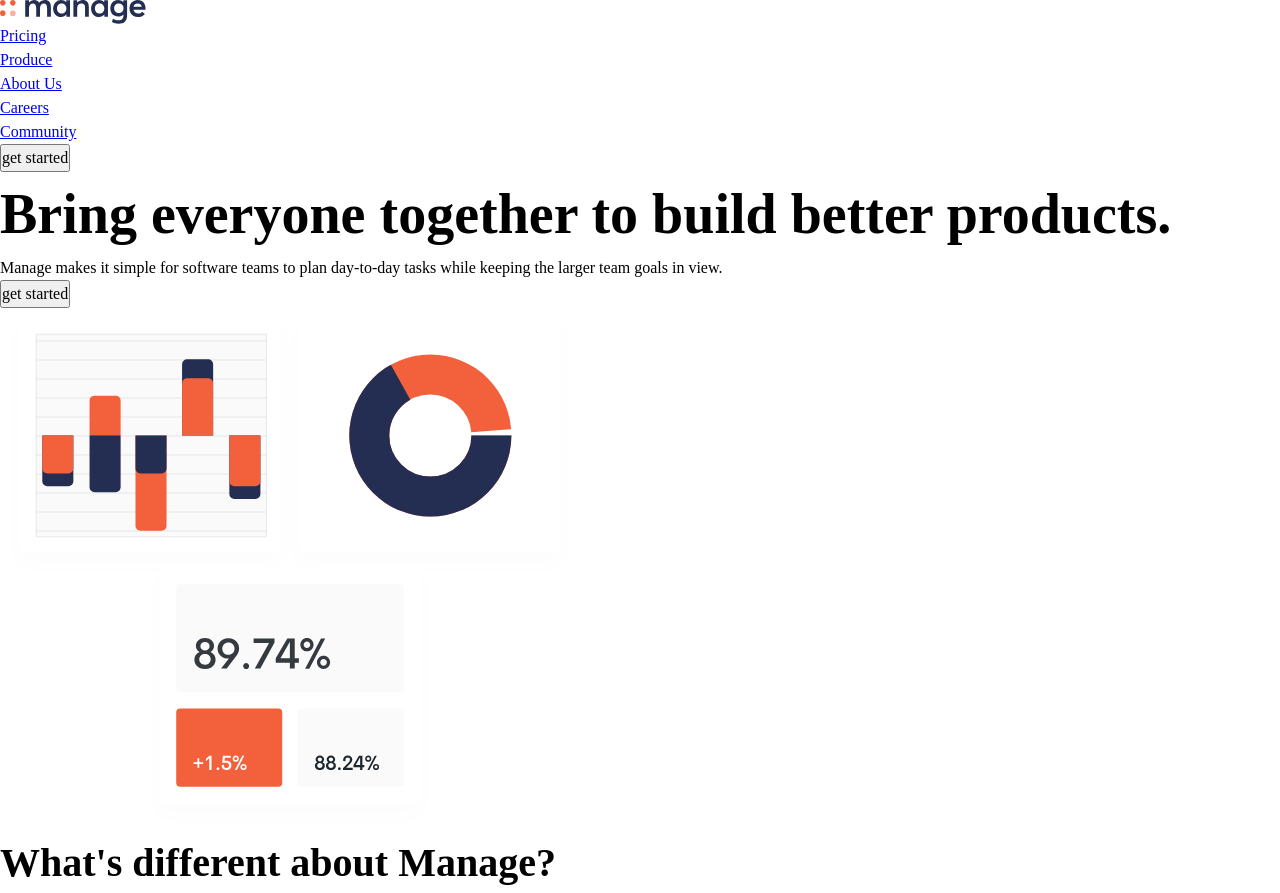
Repository: anthonybrown/website-practice
Page: index.html
The author's editor kept a copy of each file at every save. The page is drawn from the files as they stood at one save, then again after the next save.
The browser window is 1280 px wide. The pictures show the whole page.

Above is the page before, as saved 2023-04-18 09:32:38.

### index.html
<!DOCTYPE html>
<html lang="en">

<head>
  <meta charset="UTF-8" />
  <link rel="icon" type="image/svg+xml" href="/vite.svg" />
  <meta name="viewport" content="width=device-width, initial-scale=1.0" />
  <title>Vite App</title>
  <link rel="preconnect" href="https://fonts.googleapis.com">
  <link rel="preconnect" href="https://fonts.gstatic.com" crossorigin>
  <link href="https://fonts.googleapis.com/css2?family=Be+Vietnam+Pro:wght@400;500;700&display=swap" rel="stylesheet">
  <link rel="stylesheet" href="style.css">
</head>

<body>
  <header class="primary-header">
    <div class="container">
      <a href="#" rel="noopener noreferrer">
        <img src="images/logo.svg" alt="manage">
      </a>
      <nav class="primary-navigation">
        <ul role="list" class="nav-list">
          <li><a href="#">Pricing</a></li>
          <li><a href="#">Produce</a></li>
          <li><a href="#">About Us</a></li>
          <li><a href="#">Careers</a></li>
          <li><a href="#">Community</a></li>
        </ul>
      </nav>
      <button class="button">get started</button>
    </div>
  </header>

  <main>
    <section>
      <div class="container">
        <div class="even-columns">
          <div>
            <h1 class="fs-primary-heading fw-bold">
              Bring everyone together to build better products.
            </h1>
            <p>
              Manage makes it simple for software teams to plan day-to-day tasks while
              keeping the larger team goals in view.
            </p>
            <button class="button">get started</button>
          </div>
          <div>
            <img src="images/illustration-intro.svg" alt="">
          </div>
        </div>
      </div>
    </section>

    <section>
      <div class="container">
        <div class="even-columns">
          <div>
            <h2 class="fs-secondary-heading fw-bold">
              What's different about Manage?
            </h2>
          </div>
        </div>
      </div>
    </section>

  </main>

  <footer>

  </footer>

  <script type="module" src="/main.js"></script>
</body>

</html>

### style.css
:root {
  --clr-accent-400: hsl(12, 88%, 59%);
  --clr-accent-100: hsl(13, 100%, 96%);

  --clr-primary-400: hsl(228, 39%, 23%);

  --clr-neutral-100: hsl(232, 12%, 13%);
  --clr-neutral-900: hsl(0, 0%, 0%);

  --ff-primary: 'Be Vietnam Pro', sans-serif;

  --ff-body: var(--ff-primary);
  --ff-heading: var(--ff-primary);

  --fw-regular: 400;
  --fw-semi-bold: 500;
  --fw-bold: 700;

  --fs-300: 0.8125rem;
  --fs-400: 0.875rem;
  --fs-500: 0.9375rem;
  --fs-600: 1rem;
  --fs-700: 1.875rem;
  --fs-800: 2.5rem;
  --fs-900: 3.5rem;

  --fs-body: var(--fs-400);
  --fs-primary-heading: var(--fs-800);
  --fs-secondary-heading: var(--fs-700);
  --fs-nav: var(--fs-500);
  --fs-button: var(--fs-300);
}

@media (min-width: 50em) {
  :root {
    --fs-body: var(--fs-500);
    --fs-primary-heading: var(--fs-900);
    --fs-secondary-heading: var(--fs-800);

    --fs-nav: var(--fs-300);
  }
}

/* Box sizing rules */
*,
*::before,
*::after {
  box-sizing: border-box;
}

/* Remove default margin */

* {
  margin: 0;
  padding: 0;
  font: inherit;
}

/* Remove list styles on ul, ol elements with a list role, which suggests default styling will be removed */
ul[role='list'],
ol[role='list'] {
  list-style: none;
}

/* Set core root defaults */
html:focus-within {
  scroll-behavior: smooth;
}

html,
body {
  height: 100%;
}

/* Set core body defaults */
body {
  text-rendering: optimizeSpeed;
  line-height: 1.5;
}

/* A elements that don't have a class get default styles */
a:not([class]) {
  text-decoration-skip-ink: auto;
}

/* Make images easier to work with */
img,
svg,
picture {
  max-width: 100%;
  display: block;
}


/* Remove all animations, transitions and smooth scroll for people that prefer not to see them */
@media (prefers-reduced-motion: reduce) {
  html:focus-within {
    scroll-behavior: auto;
  }

  *,
  *::before,
  *::after {
    animation-duration: 0.01ms !important;
    animation-iteration-count: 1 !important;
    transition-duration: 0.01ms !important;
    scroll-behavior: auto !important;
  }
}

/* Utility Classes */

.text-primary-400 {
  color: var(--clr-primary-400)
}

.text-accent-400 {
  color: var(--clr-accent-400)
}

.text-neutral-100 {
  color: var(--clr-neutral-100)
}

.text-neutral-900 {
  color: var(--clr-neutral-900)
}

.bg-primary-400 {
  background-color: var(--clr-primary-400)
}

.bg-accent-400 {
  background-color: var(--clr-accent-400)
}

.bg-neutral-100 {
  background-color: var(--clr-neutral-100)
}

.bg-neutral-900 {
  background-color: var(--clr-neutral-900)
}

.fw-bold {
  font-weight: var(--fw-bold);
}

.fw-semi-bold {
  font-weight: var(--fw-semi-bold);
}

.fw-regular {
  font-weight: var(--fw-regular);
}


.fs-primary-heading {
  font-size: var(--fs-primary-heading);
}

.fs-secondary-heading {
  font-size: var(--fs-secondary-heading);
}

.fs-300 {
  font-size: var(--fs-300);
}

.fs-400 {
  font-size: var(--fs-400);
}

.fs-500 {
  font-size: var(--fs-500);
}

Loaded but not shown: main.js (empty)

After the next save:
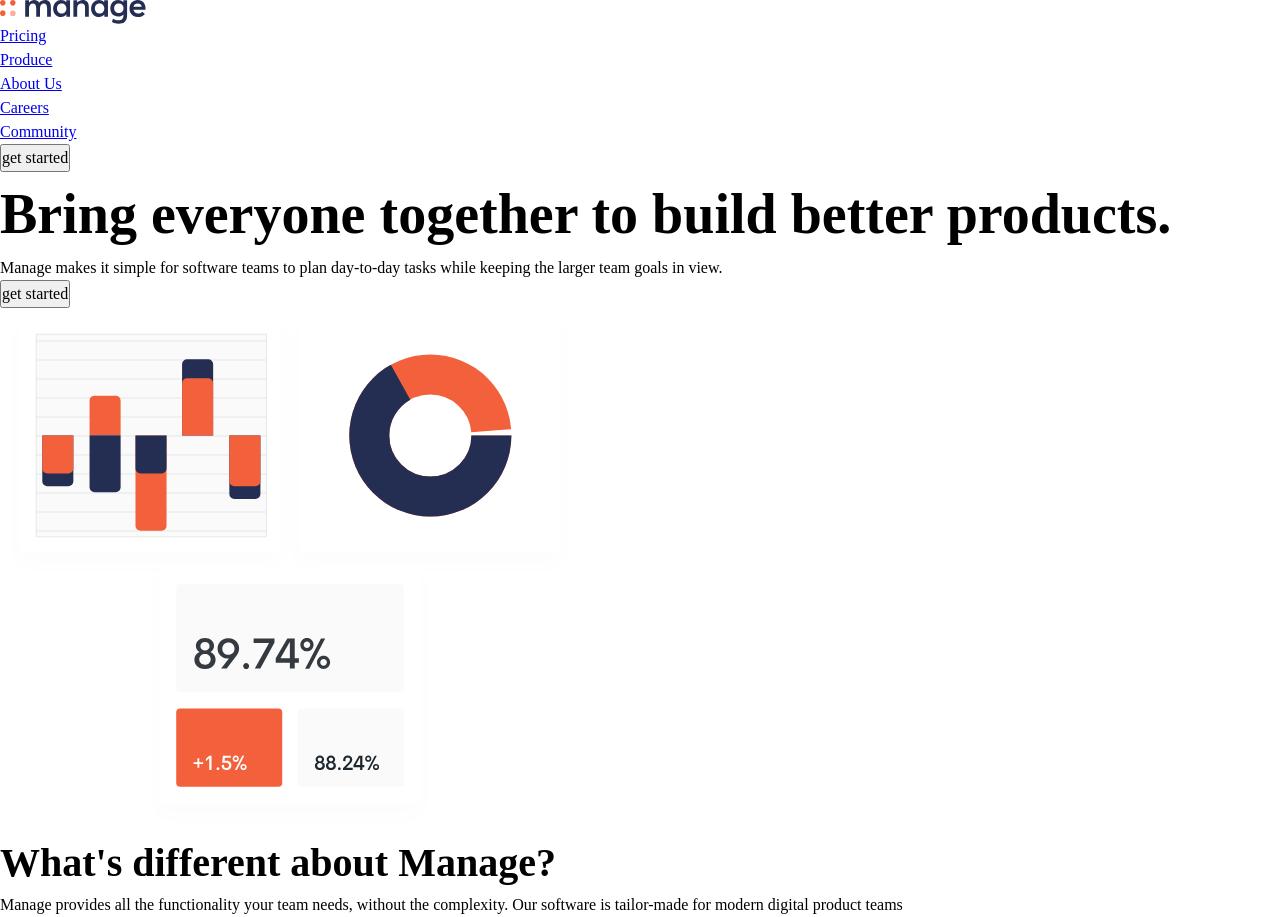
Saved 21 s later.
--- a/index.html
+++ b/index.html
@@ -59,6 +59,10 @@
             <h2 class="fs-secondary-heading fw-bold">
               What's different about Manage?
             </h2>
+            <p>
+              Manage provides all the functionality your team needs, without the complexity. Our software is tailor-made
+              for modern digital product teams
+            </p>
           </div>
         </div>
       </div>
